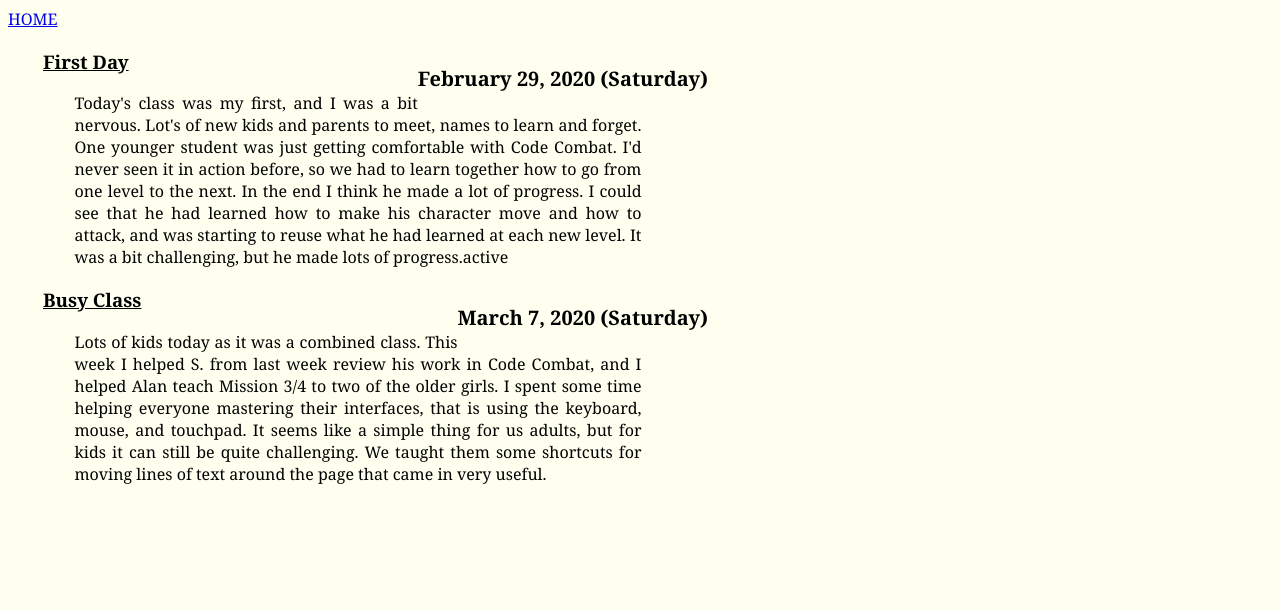
Repository: chocochocosensei/Mission-Exercises
Page: Page1/index.html
The author's editor kept a copy of each file at every save. The page is drawn from the files as they stood at one save, then again after the next save.
The browser window is 1280 px wide. The pictures show the whole page.

Above is the page before, as saved 2020-03-11 03:59:19.

After the next save:
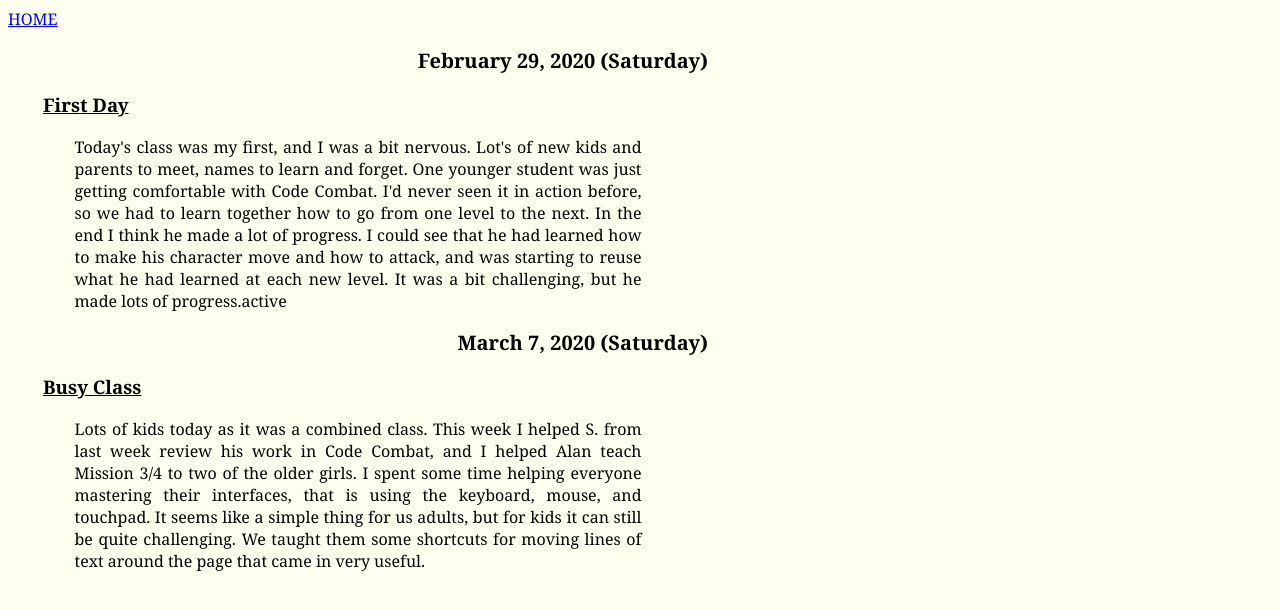
Saved 40 s later.
--- a/style.css
+++ b/style.css
@@ -10,7 +10,7 @@ body {
 
 .section-title {
     font-size: smaller;
-    float: right;
+    text-align: right;
 }
 
 .section-activity {
